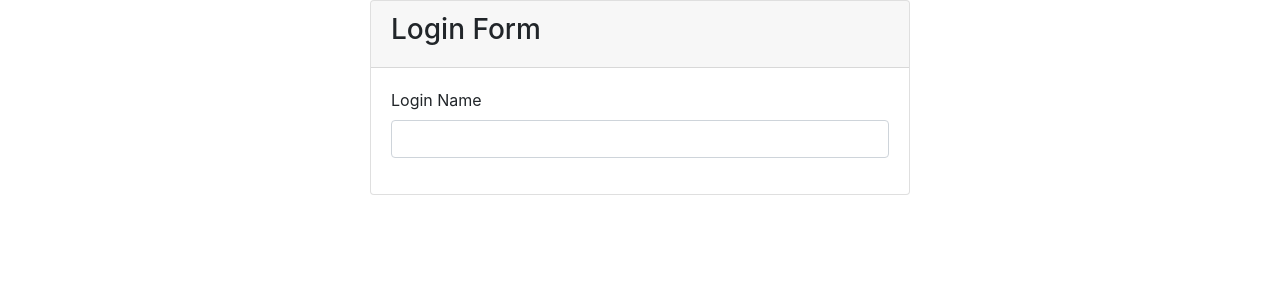
Repository: pyaephyotint22/Maven-Student-Course
Page: http://localhost/02-helloo-servlet/
An editor plug-in stored every save of this project. The page is shown before and after the next save, followed by the edit.
The browser window is 1280 px wide. The pictures show the whole page.
The page is served by Tomcat 9.

Above is the page before, as saved 2020-12-15 05:43:11.

After the next save:
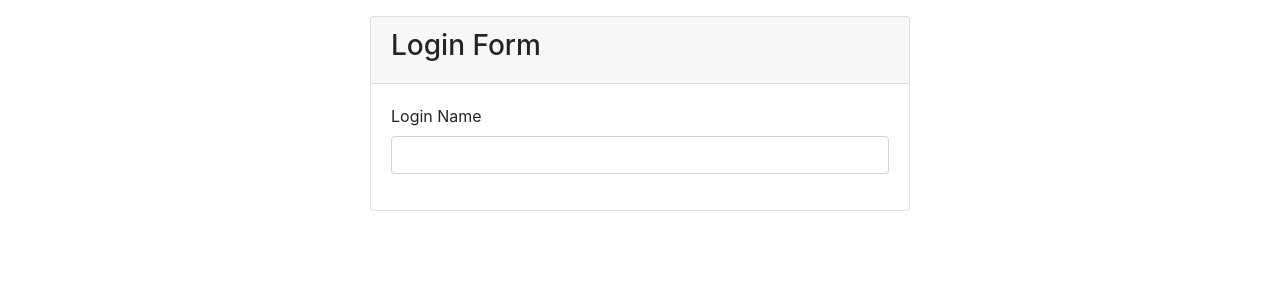
Saved 44 s later.
--- a/02-helloo-servlet/src/main/webapp/index.jsp
+++ b/02-helloo-servlet/src/main/webapp/index.jsp
@@ -12,7 +12,7 @@
 </head>
 <body>
 <div class="container">
-	<div class="row">
+	<div class="row mt-3">
 	  <div class="col-6 offset-3">
 	  	 <div class="card">
 	        <div class="card-header">
